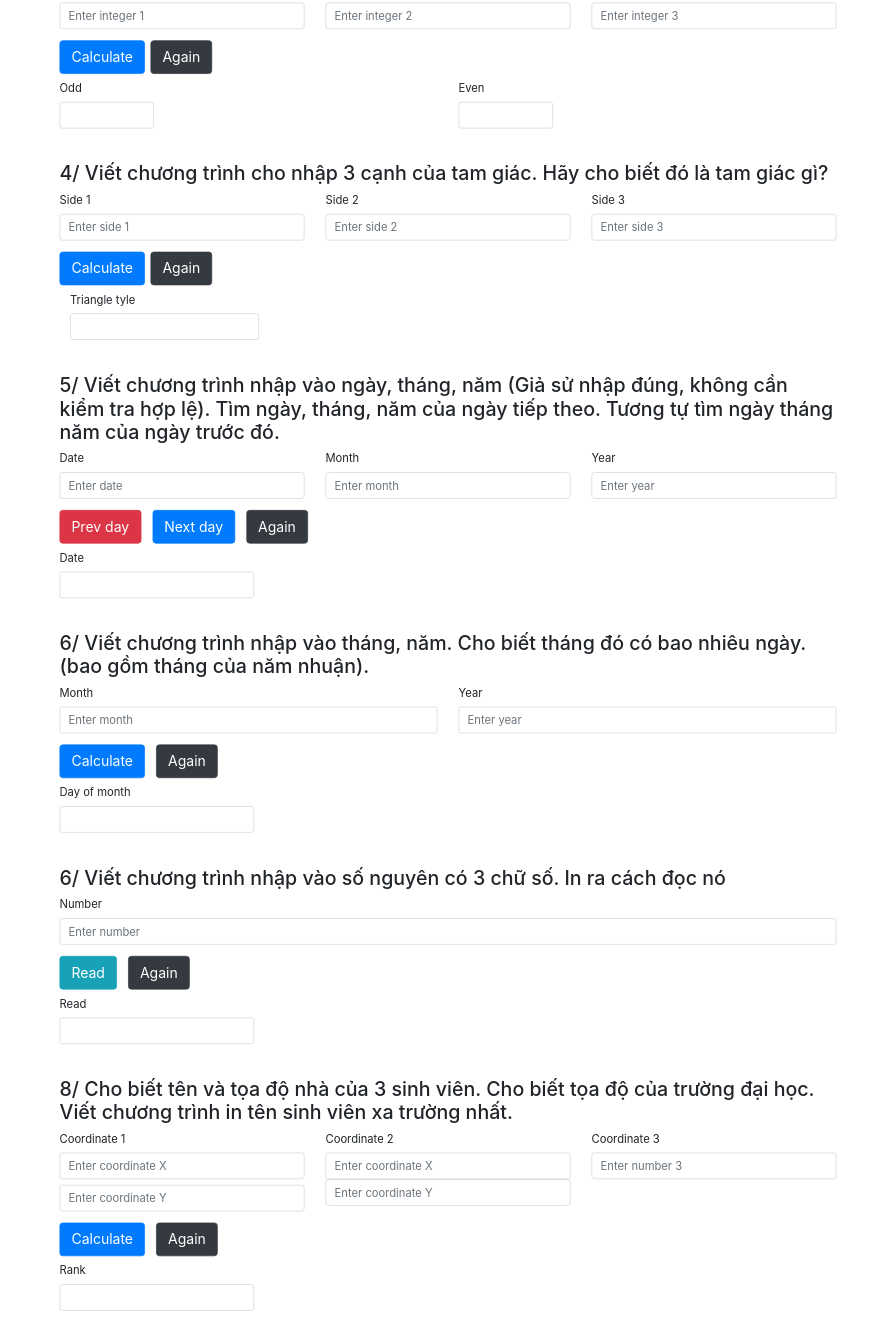
Repository: baobaodeveloper/bootscamp21__jsbasic__HuynhAnhBao
Page: index.html
These files come from the project's save history. The page is drawn as it stood at one moment and after the next save; the edit follows.
The browser window is 1280 px wide. The pictures show the part of the page from y = 732 to 2652 px (the page is 2652 px tall), at 70% of full size.

Above is the page before, as saved 2022-03-11 18:12:43.

### index.html
<!DOCTYPE html>
<html lang="en">
  <head>
    <title>javaScript basic</title>
    <!-- Required meta tags -->
    <meta charset="utf-8" />
    <meta
      name="viewport"
      content="width=device-width, initial-scale=1, shrink-to-fit=no"
    />

    <!-- Bootstrap CSS -->
    <link
      rel="stylesheet"
      href="https://stackpath.bootstrapcdn.com/bootstrap/4.3.1/css/bootstrap.min.css"
      integrity="sha384-ggOyR0iXCbMQv3Xipma34MD+dH/1fQ784/j6cY/iJTQUOhcWr7x9JvoRxT2MZw1T"
      crossorigin="anonymous"
    />
  </head>
  <body>
    <!--1 Cho người dùng nhập vào 3 số nguyên. Viết chương trình xuất 3 số theo thứ tự tăng dần -->
    <div class="container mb-xl-5">
      <h3>
        1/ Cho người dùng nhập vào 3 số nguyên. Viết chương trình xuất 3 số theo
        thứ tự tăng dần
      </h3>

      <div class="row">
        <div class="col">
          <label class="form-label">Number 1</label>
          <input
            type="number"
            class="form-control num1"
            placeholder="Enter number 1"
          />
        </div>
        <div class="col">
          <label class="form-label">Number 2</label>
          <input
            type="number"
            class="form-control num2"
            placeholder="Enter number 2"
          />
        </div>
        <div class="col">
          <label class="form-label">Number 3</label>
          <input
            type="number"
            class="form-control num3"
            placeholder="Enter number 3"
          />
        </div>
      </div>

      <div class="d-flex">
        <button
          type="button "
          class="btn btn-primary btn-lg mt-3 mb-2 btn-rank mr-3"
        >
          Calculate
        </button>

        <button
          type="button "
          class="btn btn-dark btn-lg mt-3 mb-2 btn-again-rank"
        >
          Again
        </button>
      </div>

      <div class="mt-3 m-auto">
        <label class="form-label">Rank</label>
        <input type="text" class="form-control w-25 result1" />
      </div>
    </div>

    <!--2 Viết chương trình “Chào hỏi” các thành viên trong gia đình với các đặc điểm. Đầu tiên máy
    sẽ hỏi ai sử dụng máy. Sau đó dựa vào câu trả lời và đưa ra lời chào phù hợp. Giả sử trong
    gia đình có 4 thành viên: Bố (B), Mẹ (M), anh Trai (A) và Em gái (E) -->
    <div class="container mb-5">
      <h3 class="mb-3">
        2/ Viết chương trình “Chào hỏi” các thành viên trong gia đình với các
        đặc điểm. Đầu tiên máy sẽ hỏi ai sử dụng máy. Sau đó dựa vào câu trả lời
        và đưa ra lời chào phù hợp. Giả sử trong gia đình có 4 thành viên: Bố
        (B), Mẹ (M), anh Trai (A) và Em gái (E)
      </h3>

      <select class="form-select p-2" aria-label="Default select example">
        <option selected>Who are you?</option>
        <option value="M">M</option>
        <option value="B">B</option>
        <option value="A">A</option>
        <option value="E">E</option>
      </select>

      <button type="button" class="btn btn-primary btn-sign-in">Sign In</button>

      <div class="m-3 row">
        <div class="col-sm-10">
          <input
            type="text"
            class="form-control output-sign-in"
            id="inputPassword"
          />
        </div>
      </div>
    </div>

    <!--  3 Cho 3 số nguyên. Viết chương trình xuất ra có bao nhiêu số lẻ và bao nhiêu số chẵn.-->
    <div class="container mb-xl-5">
      <h3>
        3/ Cho 3 số nguyên. Viết chương trình xuất ra có bao nhiêu số lẻ và bao
        nhiêu số chẵn.
      </h3>

      <div class="row">
        <div class="col">
          <label class="form-label">Integer 1</label>
          <input
            type="number"
            class="form-control integer1"
            placeholder="Enter integer 1"
          />
        </div>
        <div class="col">
          <label class="form-label">Integer 2</label>
          <input
            type="number"
            class="form-control integer2"
            placeholder="Enter integer 2"
          />
        </div>
        <div class="col">
          <label class="form-label">Integer 3</label>
          <input
            type="number"
            class="form-control integer3"
            placeholder="Enter integer 3"
          />
        </div>
      </div>

      <div class="d-flex">
        <button
          type="button"
          class="btn btn-primary btn-lg mt-3 mb-2 btn-integer mr-2"
        >
          Calculate
        </button>

        <button
          type="button "
          class="btn btn-light btn-lg mt-3 mb-2 btn-dark btn-again-integer"
        >
          Again
        </button>
      </div>

      <div class="row">
        <div class="mt-3 m-auto col">
          <label class="form-label">Odd</label>
          <input type="text" class="form-control w-25 outputOdd" />
        </div>
        <div class="mt-3 m-auto col">
          <label class="form-label">Even</label>
          <input type="text" class="form-control w-25 outputEven" />
        </div>
      </div>
    </div>

    <!--4 Viết chương trình cho nhập 3 cạnh của tam giác. Hãy cho biết đó là tam giác gì?-->

    <div class="container mb-xl-5">
      <h3>
        4/ Viết chương trình cho nhập 3 cạnh của tam giác. Hãy cho biết đó là
        tam giác gì?
      </h3>

      <div class="row">
        <div class="col">
          <label class="form-label">Side 1</label>
          <input
            type="number"
            class="form-control side1"
            placeholder="Enter side 1"
          />
        </div>
        <div class="col">
          <label class="form-label">Side 2</label>
          <input
            type="number"
            class="form-control side2"
            placeholder="Enter side 2"
          />
        </div>
        <div class="col">
          <label class="form-label">Side 3</label>
          <input
            type="number"
            class="form-control side3"
            placeholder="Enter side 3"
          />
        </div>
      </div>

      <div class="d-flex">
        <button
          type="button"
          class="btn btn-primary btn-lg mt-3 mb-2 mr-2 btn-triangle"
        >
          Calculate
        </button>

        <button
          type="button "
          class="btn btn-light btn-lg mt-3 mb-2 btn-dark btn-again-triangle"
        >
          Again
        </button>
      </div>

      <div class="mt-3 m-auto col">
        <label class="form-label">Triangle tyle</label>
        <input type="text" class="form-control w-25 triangle-type" />
      </div>
    </div>

    <!--5 Viết chương trình nhập vào ngày, tháng, năm (Giả sử nhập đúng, không cần kiểm tra hợp
  lệ). Tìm ngày, tháng, năm của ngày tiếp theo. Tương tự tìm ngày tháng năm của ngày trước
  đó.  -->

    <div class="container mb-xl-5">
      <h3>
        5/ Viết chương trình nhập vào ngày, tháng, năm (Giả sử nhập đúng, không
        cần kiểm tra hợp lệ). Tìm ngày, tháng, năm của ngày tiếp theo. Tương tự
        tìm ngày tháng năm của ngày trước đó.
      </h3>

      <div class="row">
        <div class="col">
          <label class="form-label">Date</label>
          <input
            type="number"
            class="form-control date"
            placeholder="Enter date"
          />
        </div>
        <div class="col">
          <label class="form-label">Month</label>
          <input
            type="number"
            class="form-control month"
            placeholder="Enter month"
          />
        </div>
        <div class="col">
          <label class="form-label">Year</label>
          <input
            type="number"
            class="form-control year"
            placeholder="Enter year"
          />
        </div>
      </div>

      <div class="d-flex">
        <button
          type="button "
          class="btn btn-danger btn-lg mt-3 mb-2 btn-prev mr-3"
        >
          Prev day
        </button>
        <button
          type="button "
          class="btn btn-primary btn-lg mt-3 mb-2 btn-next mr-3"
        >
          Next day
        </button>

        <button
          type="button "
          class="btn btn-dark btn-lg mt-3 mb-2 btn-again-date"
        >
          Again
        </button>
      </div>

      <div class="mt-3 m-auto">
        <label class="form-label">Date</label>
        <input type="text" class="form-control w-25 date-text" />
      </div>
    </div>

    <!-- 6 Viết chương trình nhập vào tháng, năm. Cho biết tháng đó có bao nhiêu ngày. (bao gồm
    tháng của năm nhuận).-->
    <div class="container mb-xl-5">
      <h3>
        6/ Viết chương trình nhập vào tháng, năm. Cho biết tháng đó có bao nhiêu
        ngày. (bao gồm tháng của năm nhuận).
      </h3>

      <div class="row">
        <div class="col">
          <label class="form-label">Month</label>
          <input
            type="number"
            class="form-control month1"
            placeholder="Enter month"
          />
        </div>
        <div class="col">
          <label class="form-label">Year</label>
          <input
            type="number"
            class="form-control year1"
            placeholder="Enter year"
          />
        </div>
      </div>

      <div class="d-flex">
        <button
          type="button "
          class="btn btn-primary btn-lg mt-3 mb-2 btn-month mr-3"
        >
          Calculate
        </button>

        <button
          type="button "
          class="btn btn-dark btn-lg mt-3 mb-2 btn-again-month"
        >
          Again
        </button>
      </div>

      <div class="mt-3 m-auto">
        <label class="form-label">Day of month</label>
        <input type="text" class="form-control w-25 resultMonth" />
      </div>
    </div>

    <!--7 Viết chương trình nhập vào số nguyên có 3 chữ số. In ra cách đọc nó.-->
    <div class="container mb-xl-5">
      <h3>
        6/ Viết chương trình nhập vào số nguyên có 3 chữ số. In ra cách đọc nó
      </h3>

      <div class="form">
        <label class="form-label">Number</label>
        <input
          type="number"
          class="form-control number-read"
          placeholder="Enter number"
        />
      </div>

      <div class="d-flex">
        <button
          type="button "
          class="btn btn-info btn-lg mt-3 mb-2 btnRead mr-3"
        >
          Read
        </button>

        <button
          type="button "
          class="btn btn-dark btn-lg mt-3 mb-2 btn-again-read"
        >
          Again
        </button>
      </div>

      <div class="mt-3 m-auto">
        <label class="form-label">Read</label>
        <input type="text" class="form-control w-25 resultRead" />
      </div>
    </div>

    <!--8 Cho biết tên và tọa độ nhà của 3 sinh viên. Cho biết tọa độ của trường đại học. Viết chương
    trình in tên sinh viên xa trường nhất. -->
    <div class="container mb-xl-5">
      <h3>
        8/ Cho biết tên và tọa độ nhà của 3 sinh viên. Cho biết tọa độ của
        trường đại học. Viết chương trình in tên sinh viên xa trường nhất.
      </h3>

      <div class="row">
        <div class="col">
          <div>
            <label class="form-label">Coordinate 1</label>
            <input
              type="number"
              class="form-control mb-2 coordinateX1"
              placeholder="Enter coordinate X"
            />
            <input
              type="number"
              class="form-control coordinateY1"
              placeholder="Enter coordinate Y"
            />
          </div>
        </div>
        <div class="col">
          <div>
            <label class="form-label">Coordinate 2</label>
            <input
              type="number"
              class="form-control coordinateX2"
              placeholder="Enter coordinate X"
            />
            <input
              type="number"
              class="form-control coordinateY2"
              placeholder="Enter coordinate Y"
            />
          </div>
        </div>
        <div class="col">
          <div>
            <label class="form-label">Coordinate 3</label>
            <input
              type="number"
              class="form-control num3"
              placeholder="Enter number 3"
            />
          </div>
        </div>
      </div>

      <div class="d-flex">
        <button
          type="button "
          class="btn btn-primary btn-lg mt-3 mb-2 btn-rank mr-3"
        >
          Calculate
        </button>

        <button
          type="button "
          class="btn btn-dark btn-lg mt-3 mb-2 btn-again-rank"
        >
          Again
        </button>
      </div>

      <div class="mt-3 m-auto">
        <label class="form-label">Rank</label>
        <input type="text" class="form-control w-25 result1" />
      </div>
    </div>

    <!-- Optional JavaScript -->
    <!-- jQuery first, then Popper.js, then Bootstrap JS -->
    <script
      src="https://code.jquery.com/jquery-3.3.1.slim.min.js"
      integrity="sha384-q8i/X+965DzO0rT7abK41JStQIAqVgRVzpbzo5smXKp4YfRvH+8abtTE1Pi6jizo"
      crossorigin="anonymous"
    ></script>
    <script
      src="https://cdnjs.cloudflare.com/ajax/libs/popper.js/1.14.7/umd/popper.min.js"
      integrity="sha384-UO2eT0CpHqdSJQ6hJty5KVphtPhzWj9WO1clHTMGa3JDZwrnQq4sF86dIHNDz0W1"
      crossorigin="anonymous"
    ></script>
    <script
      src="https://stackpath.bootstrapcdn.com/bootstrap/4.3.1/js/bootstrap.min.js"
      integrity="sha384-JjSmVgyd0p3pXB1rRibZUAYoIIy6OrQ6VrjIEaFf/nJGzIxFDsf4x0xIM+B07jRM"
      crossorigin="anonymous"
    ></script>

    <!-- <script src="exercise1.js"></script> -->
    <!-- <script src="exercise2.js"></script> -->
    <!-- <script src="exercise3.js"></script> -->
    <!-- <script src="exercise4.js"></script> -->
    <!-- <script src="exercise5.js"></script> -->
    <!-- <script src="exercise6.js"></script> -->
    <!-- <script src="exercise7.js"></script> -->
    <script src="exercise8.js"></script>
  </body>
</html>

Loaded but not shown: exercise8.js (no stored copy; drawn as an empty file)

After the next save:
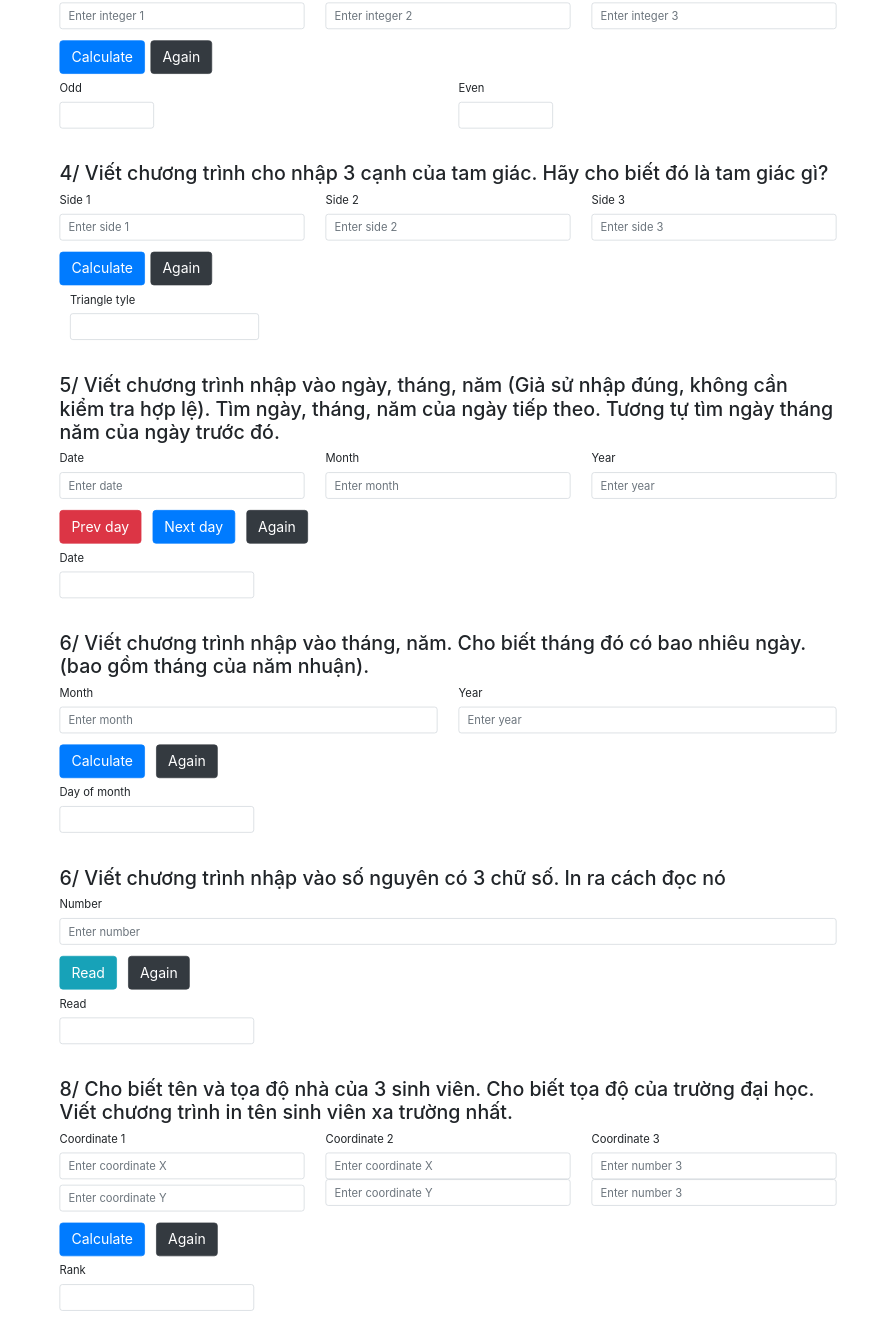
Saved 6 s later.
--- a/index.html
+++ b/index.html
@@ -419,6 +419,11 @@
         <div class="col">
           <div>
             <label class="form-label">Coordinate 3</label>
+            <input
+              type="number"
+              class="form-control num3"
+              placeholder="Enter number 3"
+            />
             <input
               type="number"
               class="form-control num3"
